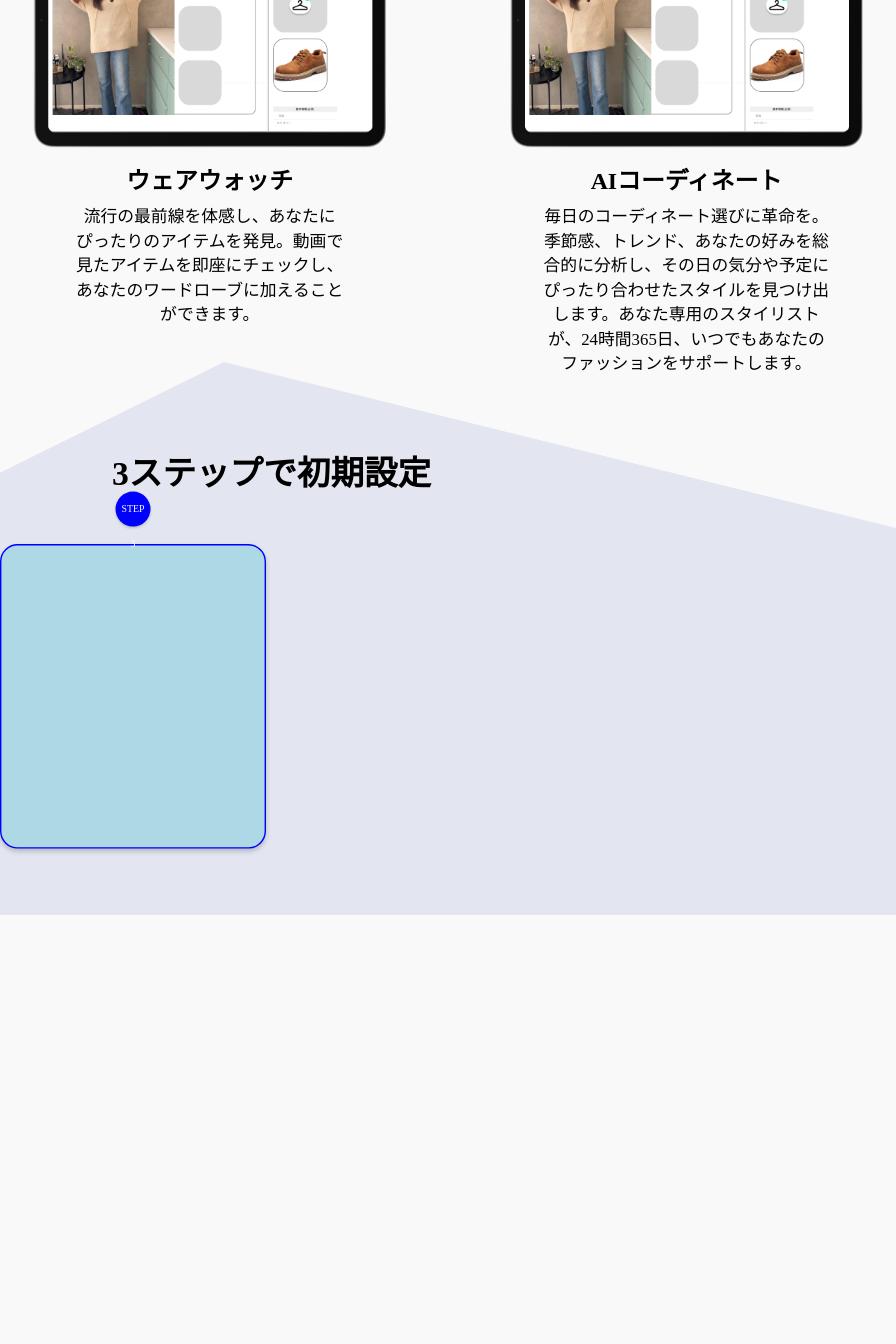
Repository: Yoshiki0418/yahoo.hack
Page: welcome.html
The author's editor kept a copy of each file at every save. The page is drawn from the files as they stood at one save, then again after the next save.
The browser window is 1280 px wide. The pictures show the part of the page from y = 2656 to 4576 px (the page is 5407 px tall), at 70% of full size.

Above is the page before, as saved 2024-02-09 22:52:29.

After the next save:
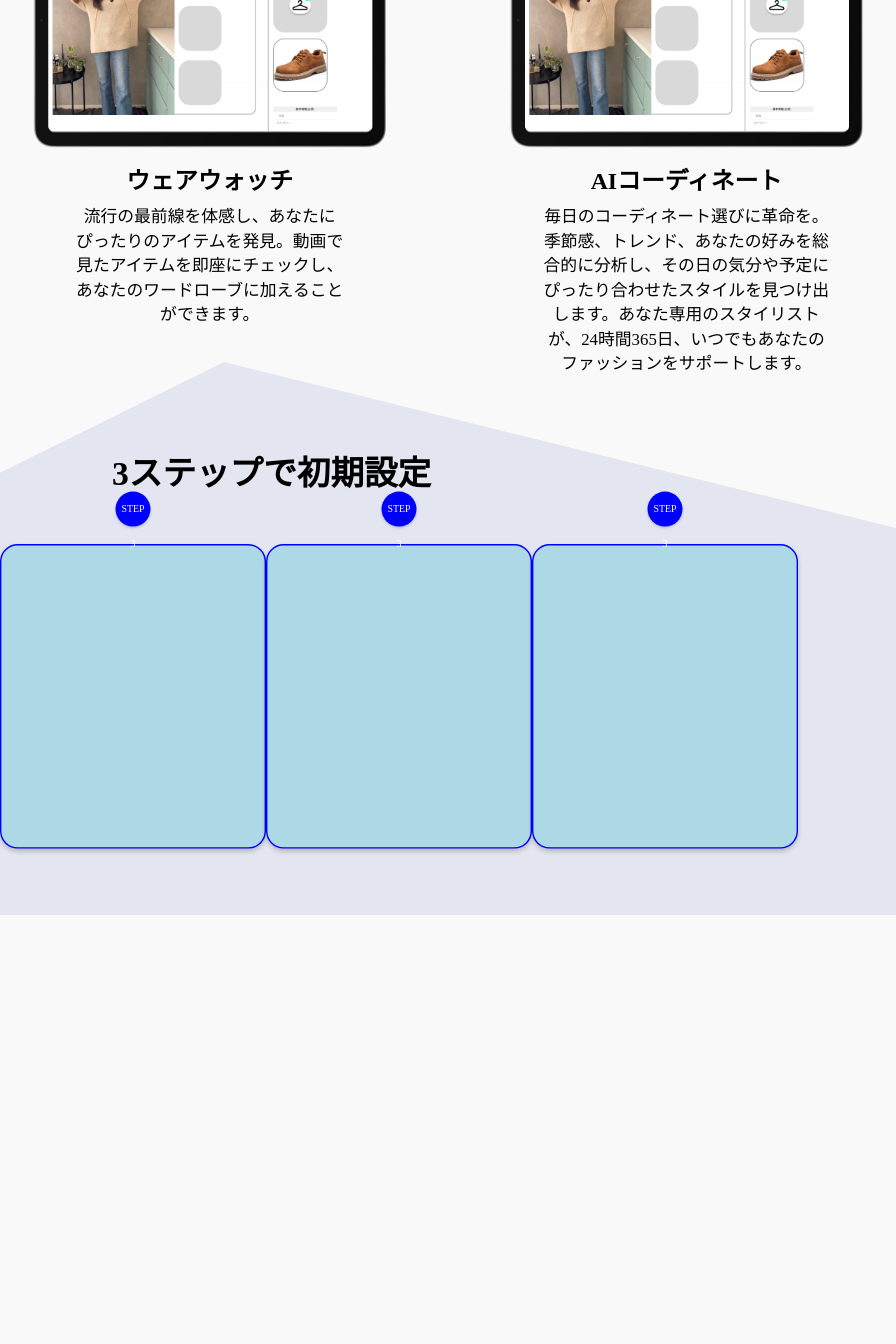
Saved 22 s later.
--- a/welcome.html
+++ b/welcome.html
@@ -92,7 +92,15 @@
                     <div class="step-container">
                         <div class="step-circle">STEP<br>3</div>
                         <div class="step-box"></div>
-                      </div>
+                    </div>
+                    <div class="step-container">
+                        <div class="step-circle">STEP<br>3</div>
+                        <div class="step-box"></div>
+                    </div>
+                    <div class="step-container">
+                        <div class="step-circle">STEP<br>3</div>
+                        <div class="step-box"></div>
+                    </div>
                 </div>
             </div>
 
